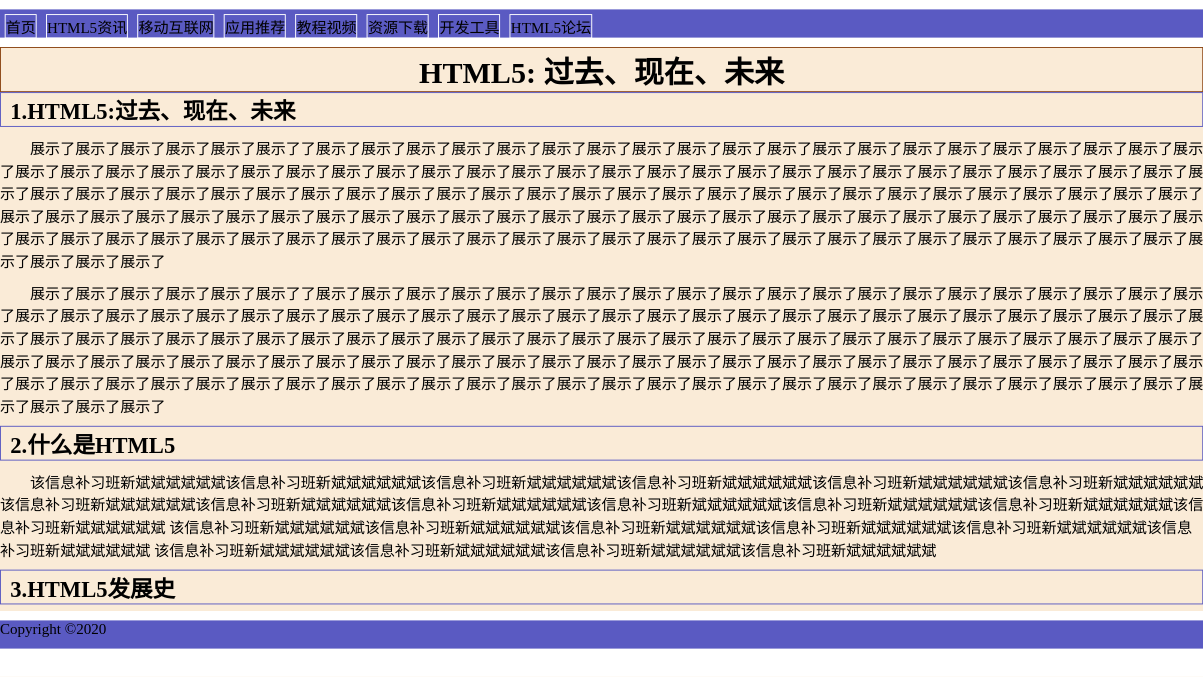
Repository: LstHeart/html-learning
Page: css/案例作业2.html
The author's editor kept a copy of each file at every save. The page is drawn from the files as they stood at one save, then again after the next save.
The browser window is 1280 px wide. The pictures show the whole page, at 94% of full size.

Above is the page before, as saved 2021-01-05 22:00:05.

### css/案例作业2.html
<!DOCTYPE html>
<html lang="en">
<head>
    <meta charset="UTF-8">
    <meta name="viewport" content="width=device-width, initial-scale=1.0">
    <title>HTML5</title>
    <link rel="stylesheet" href="html5.css">
</head>
<body>
    <div class="header">
        <ul>
            <li>首页</li>
            <li>HTML5资讯</li>
            <li>移动互联网</li>
            <li>应用推荐</li>
            <li>教程视频</li>
            <li>资源下载</li>
            <li>开发工具</li>
            <li>HTML5论坛</li>
        </ul>
    </div>
    <div class="content">
        <h1>HTML5: 过去、现在、未来</h1>
        <h2>1.HTML5:过去、现在、未来</h2>
        <p>展示了展示了展示了展示了展示了展示了了展示了展示了展示了展示了展示了展示了展示了展示了展示了展示了展示了展示了展示了展示了展示了展示了展示了展示了展示了展示了展示了展示了展示了展示了展示了展示了展示了展示了展示了展示了展示了展示了展示了展示了展示了展示了展示了展示了展示了展示了展示了展示了展示了展示了展示了展示了展示了展示了展示了展示了展示了展示了展示了展示了展示了展示了展示了展示了展示了展示了展示了展示了展示了展示了展示了展示了展示了展示了展示了展示了展示了展示了展示了展示了展示了展示了展示了展示了展示了展示了展示了展示了展示了展示了展示了展示了展示了展示了展示了展示了展示了展示了展示了展示了展示了展示了展示了展示了展示了展示了展示了展示了展示了展示了展示了展示了展示了展示了展示了展示了展示了展示了展示了展示了展示了展示了展示了展示了展示了展示了展示了展示了展示了展示了展示了展示了展示了展示了展示了展示了</p>
        <p>展示了展示了展示了展示了展示了展示了了展示了展示了展示了展示了展示了展示了展示了展示了展示了展示了展示了展示了展示了展示了展示了展示了展示了展示了展示了展示了展示了展示了展示了展示了展示了展示了展示了展示了展示了展示了展示了展示了展示了展示了展示了展示了展示了展示了展示了展示了展示了展示了展示了展示了展示了展示了展示了展示了展示了展示了展示了展示了展示了展示了展示了展示了展示了展示了展示了展示了展示了展示了展示了展示了展示了展示了展示了展示了展示了展示了展示了展示了展示了展示了展示了展示了展示了展示了展示了展示了展示了展示了展示了展示了展示了展示了展示了展示了展示了展示了展示了展示了展示了展示了展示了展示了展示了展示了展示了展示了展示了展示了展示了展示了展示了展示了展示了展示了展示了展示了展示了展示了展示了展示了展示了展示了展示了展示了展示了展示了展示了展示了展示了展示了展示了展示了展示了展示了展示了展示了</p>
        <h2>2.什么是HTML5</h2>
        <p>该信息补习班新斌斌斌斌斌斌该信息补习班新斌斌斌斌斌斌该信息补习班新斌斌斌斌斌斌该信息补习班新斌斌斌斌斌斌该信息补习班新斌斌斌斌斌斌该信息补习班新斌斌斌斌斌斌该信息补习班新斌斌斌斌斌斌该信息补习班新斌斌斌斌斌斌该信息补习班新斌斌斌斌斌斌该信息补习班新斌斌斌斌斌斌该信息补习班新斌斌斌斌斌斌该信息补习班新斌斌斌斌斌斌该信息补习班新斌斌斌斌斌斌
            该信息补习班新斌斌斌斌斌斌该信息补习班新斌斌斌斌斌斌该信息补习班新斌斌斌斌斌斌该信息补习班新斌斌斌斌斌斌该信息补习班新斌斌斌斌斌斌该信息补习班新斌斌斌斌斌斌
            该信息补习班新斌斌斌斌斌斌该信息补习班新斌斌斌斌斌斌该信息补习班新斌斌斌斌斌斌该信息补习班新斌斌斌斌斌斌
        </p>
        <h2>3.HTML5发展史</h2>
        <p>19999带急急急19999带急急急19999带急急急19999带急急急
            19999带急急急19999带急急急19999带急急急
            19999带急急急19999带急急急19999带急急急19999带急急急
            19999带急急急19999带急急急19999带急急急19999带急急急
        </p>
        <h2>4.为什么开发者需要HTML5</h2>
        <p>斤斤计较斤斤计较急急急斤斤计较斤斤计较急急急斤斤计较斤斤计较急急急斤斤计较斤斤计较急急急
            斤斤计较斤斤计较急急急斤斤计较斤斤计较急急急斤斤计较斤斤计较急急急斤斤计较斤斤计较急急急
            斤斤计较斤斤计较急急急斤斤计较斤斤计较急急急斤斤计较斤斤计较急急急斤斤计较斤斤计较急急急
            斤斤计较斤斤计较急急急斤斤计较斤斤计较急急急
        </p>
        <h2>5.HTML5浏览器的未来</h2>
        <p>看灵境
            看灵境看灵境看灵境看灵境看灵境看灵境看灵境看灵境看灵境看灵境看灵境看灵境看灵境看灵境看灵境
            看灵境看灵境看灵境看灵境看灵境看灵境看灵境看灵境
        </p>
        <h2>6.HTML5:移动领域的下一个阶段</h2>
        <p>快快看灵境看灵境看灵境看灵境看灵境看灵境看灵境看灵境看灵境看灵境看灵境看灵境看灵境看灵境看灵境
            看灵境看灵境看灵境
        </p>
        <h2>7.HTML5的美妙世界</h2>
        <p>狂降看零看灵境看灵境看灵境看灵境看灵境看灵境看灵境看灵境看灵境看灵境看灵境看灵境看灵境看灵境
            看灵境看灵境看灵境看灵境看灵境看灵境看灵境
        </p>
    </div>
    <div class="footer">
        Copyright &copy;2020
    </div>
</body>
</html>

### css/html5.css
*{
    padding: 0;
    margin: 0;
}
li{
    list-style: none;
}
a{
    text-decoration: none;
}
.header{
    position: relative;
}
.header,.footer{
    height: 30px;
    background-color: #5a5ac2;
    margin: 10px auto;
}
.header li{
    float: left;
    margin:5px 5px;
    border:#fff solid 1px;
    overflow: hidden;
}
.content{
    background-color:antiquewhite;
    height: 600px;
    margin: 10px auto;
    /* position: absolute; */
    overflow: hidden;
    overflow-wrap: break-word;
}
.content h1{
    border: 1px saddlebrown solid;
    text-align: center;
    font-family: '黑体';
}
.content h2{
    border:#5a5ac2 1px solid;
    padding-left: 10px;
}
.content p{
    font-family: '楷体';
    text-indent: 2em;
    margin: 10px 0;
    /* line-height: 1; */
}
.footer{
    /* position: absolute; */
}

After the next save:
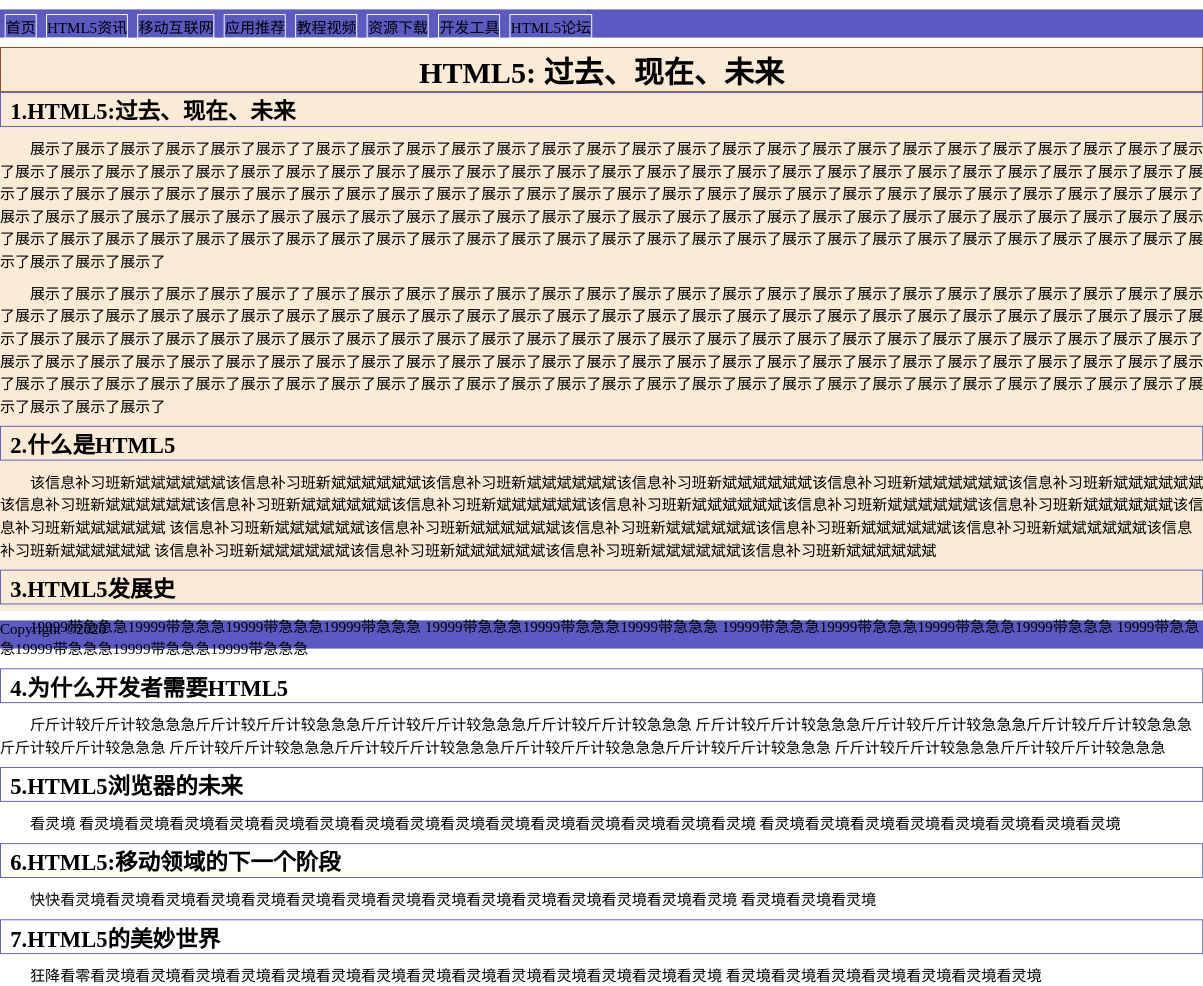
Saved 4 s later.
--- a/css/html5.css
+++ b/css/html5.css
@@ -27,7 +27,7 @@
     height: 600px;
     margin: 10px auto;
     /* position: absolute; */
-    overflow: hidden;
+    /* overflow: hidden; */
     overflow-wrap: break-word;
 }
 .content h1{

After the save that followed:
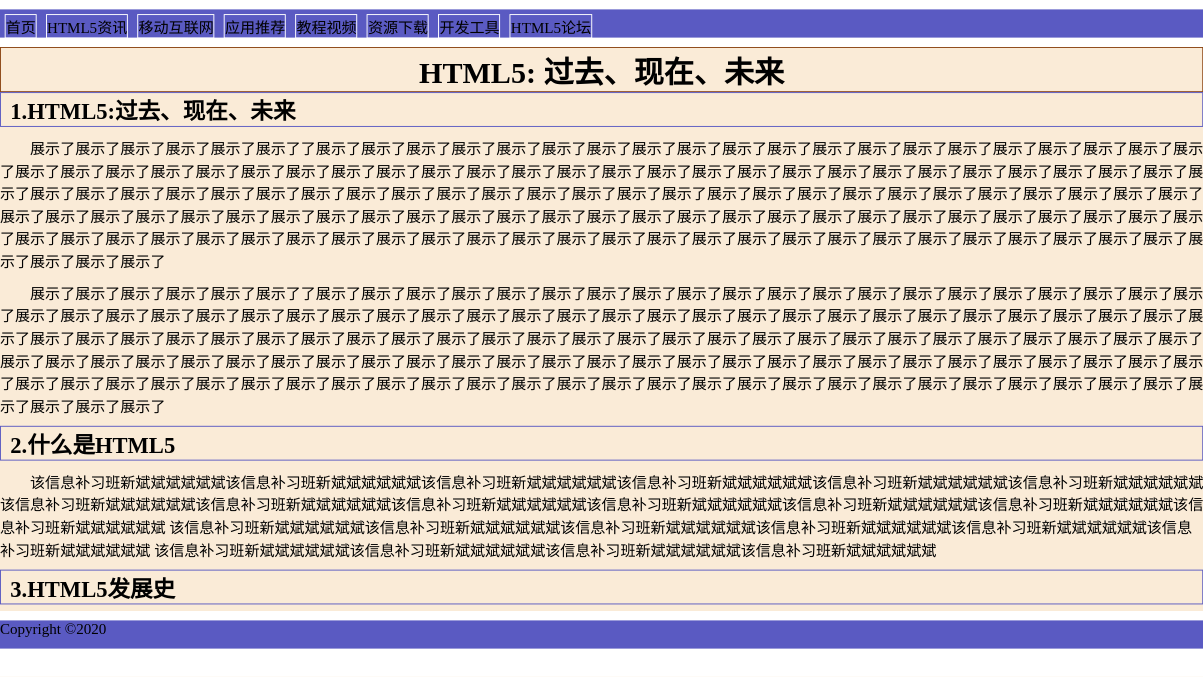
Saved 10 s later.
--- a/css/html5.css
+++ b/css/html5.css
@@ -27,8 +27,8 @@
     height: 600px;
     margin: 10px auto;
     /* position: absolute; */
-    /* overflow: hidden; */
-    overflow-wrap: break-word;
+    overflow: hidden;
+    /* overflow-wrap: break-word; */
 }
 .content h1{
     border: 1px saddlebrown solid;
